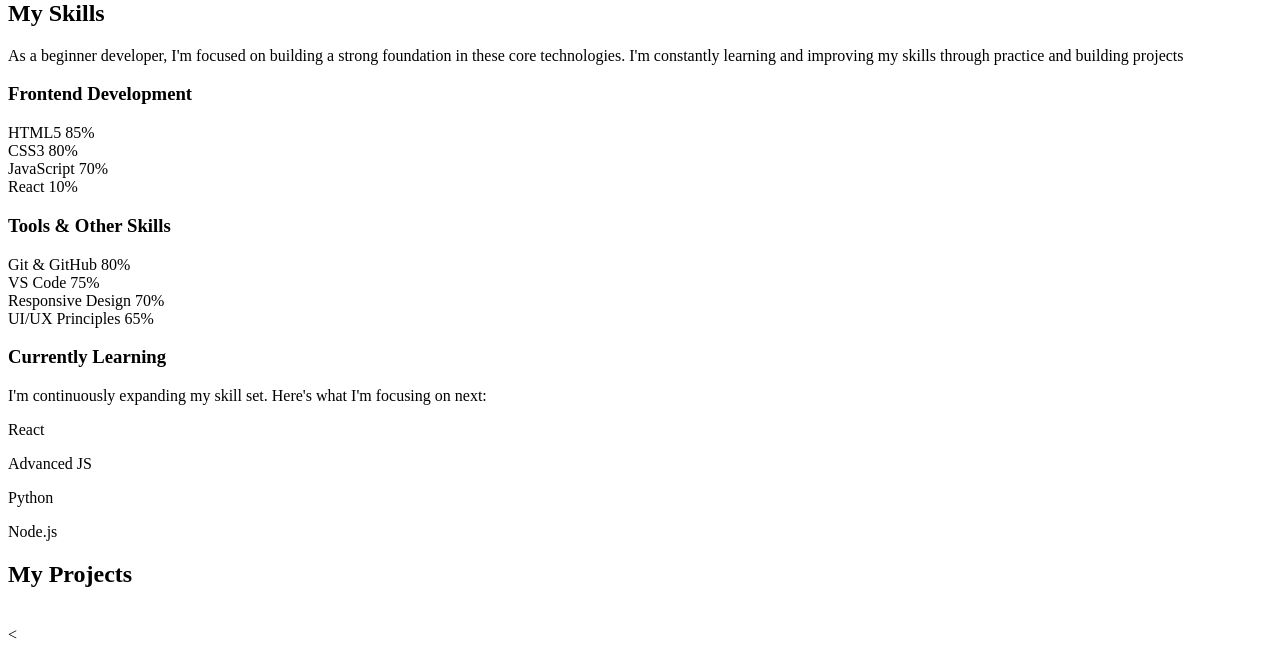
Repository: andajonas/ANDJON25111_fto2505_A_Anda-Jonas_CDV05
Page: index.html
The author's editor kept a copy of each file at every save. The page is drawn from the files as they stood at one save, then again after the next save.
The browser window is 1280 px wide. The pictures show the part of the page from y = 557 to 1320 px (the page is 1209 px tall before and 1320 px after).
A picture or video elsewhere on the page could not be fetched, so the positions and the page height are approximate.

Above is the page before, as saved 2025-09-19 17:38:29.

### index.html
<!DOCTYPE html>
<html lang="en">
<head>
    <meta charset="UTF-8">
    <meta name="viewport" content="width=device-width, initial-scale=1.0">
    <title>Anda Jonas| Developer Portfolio </title>

</head>
<body>
    <!-- Header and Navigation -->
     <header>
        <div class="container">
            <nav>
                <a href="#" class="logo">Beginner Software <span>Developer</span></a>
                <ul class="nav-links">
                    <li><a href="#home">Home</a></li>
                    <li><a href="#skills">Skills</a></li>
                    <li><a href="#projects">Projects</a></li>
                    <li><a href="#contact">Contact</a></li>
                </ul>
            </nav>
        </div>
    </header>

    <!-- Hero Section -->
     <section id="home" class="hero">
        <div class="container">
            <div class="hero-content">
                <div class="hero-text">
                    <h1>Hello, I'm Anda Jonas.<span> A beginner Software Developer.</span></h1>
                    <p>I'm passionate about learning software development and building solutions that make a difference. Currently expanding my skills in web development and programming fundamentals.</p>
                    <div class="hero-btns">
                        <a href="#projects" class="btn">View My Projects</a>
                        <a href="#contact" class="btn btn-outline">Contact Me</a>
                    </div>
                </div>
                <div class="hero-image">
                    <img src="profile.jpg" alt="Anda Jonas">
                    </div>
            </div>
        </div>
     </section>

     <!-- Skills Section -->
      <section id="skills" class="skills">
        <div class="container">
            <h2 class="section-title">My Skills</h2>
            <p>As a beginner developer, I'm focused on building a strong foundation in these core technologies. I'm constantly learning and improving my skills through practice and building projects</p>
            <div class="skills-container">
                <div class="skill-category">
                    <h3><i class="fas fa-code"></i> Frontend Development</h3>
                    <div class="skill-item">
                        <div class="skill-header">
                            <span class="skill-name">HTML5</span>
                            <span class="skill-level">85%</span>
                        </div>
                        <div class="skill-bar">
                            <div class="skill-progress" style="width: 85%"></div>
                        </div>
                    </div>
                    <div class="skill-item">
                        <div class="skill-header">
                            <span class="skill-name">CSS3</span>
                            <span class="skill-level">80%</span>
                        </div>
                        <div class="skill-bar">
                            <div class="skill-progress" style="width: 80%"></div>
                        </div>
                    </div>
                    <div class="skill-item">
                        <div class="skill-header">
                            <span class="skill-name">JavaScript</span>
                            <span class="skill-level">70%</span>
                        </div>
                        <div class="skill-bar">
                            <div class="skill-progress" style="width: 70%"></div>
                        </div>
                    </div>
                    <div class="skill-item">
                        <div class="skill-header">
                            <span class="skill-name">React</span>
                            <span class="skill-level">10%</span>
                        </div>
                        <div class="skill-bar">
                            <div class="skill-progress" style="width: 10%"></div>
                        </div>
                    </div>
                </div>

                <div class="skill-category">
                    <h3><i class="fas fa-tools"></i> Tools & Other Skills</h3>
                    <div class="skill-item">
                        <div class="skill-header">
                            <span class="skill-name">Git & GitHub</span>
                            <span class="skill-level">80%</span>
                        </div>
                        <div class="skill-bar">
                            <div class="skill-progress" style="width: 80%"></div>
                        </div>
                    </div>
                    <div class="skill-item">
                        <div class="skill-header">
                            <span class="skill-name">VS Code</span>
                            <span class="skill-level">75%</span>
                        </div>
                        <div class="skill-bar">
                            <div class="skill-progress" style="width: 75%"></div>
                        </div>
                    </div>
                    <div class="skill-item">
                        <div class="skill-header">
                            <span class="skill-name">Responsive Design</span>
                            <span class="skill-level">70%</span>
                        </div>
                        <div class="skill-bar">
                            <div class="skill-progress" style="width: 70%"></div>
                        </div>
                    </div>
                    <div class="skill-item">
                        <div class="skill-header">
                            <span class="skill-name">UI/UX Principles</span>
                            <span class="skill-level">65%</span>
                        </div>
                        <div class="skill-bar">
                            <div class="skill-progress" style="width: 65%"></div>
                         <div>
                            <div>
                            </div>
                         </div>

                         <div class="learning-path">
                            <h3>Currently Learning</h3>
                            <p>I'm continuously expanding my skill set. Here's what I'm focusing on next:</p>
                            <div class="path-items">
                                <div class="path-item">
                                    <i class="fab fa-react"></i>
                                    <p>React</p>
                                </div>
                                <div class="path-item">
                                    <i class="fab fa-js-square"></i>
                                    <p>Advanced JS</p>
                                </div>
                                <div class="path-item">
                                    <i class="fas fa-database"></i>
                                    <p>Python</p>
                                </div>
                                <div class="path-item">
                                    <i class="fab fa-node-js"></i>
                                    <p>Node.js</p>
                                </div>
                            </div>
                        </div>
                         </div>
                        </section>

<!-- Projects Section -->
<section id="projects" class="projects">
    <div class="container">
        <h2 class="section-title">My Projects</h2>
        <div class="projects-container">
            <div class="project">
                <div class="project-image">
                    <img src="" alt="">
                </div>
                <div class="project-info">
                    <
                </div>

After the next save:
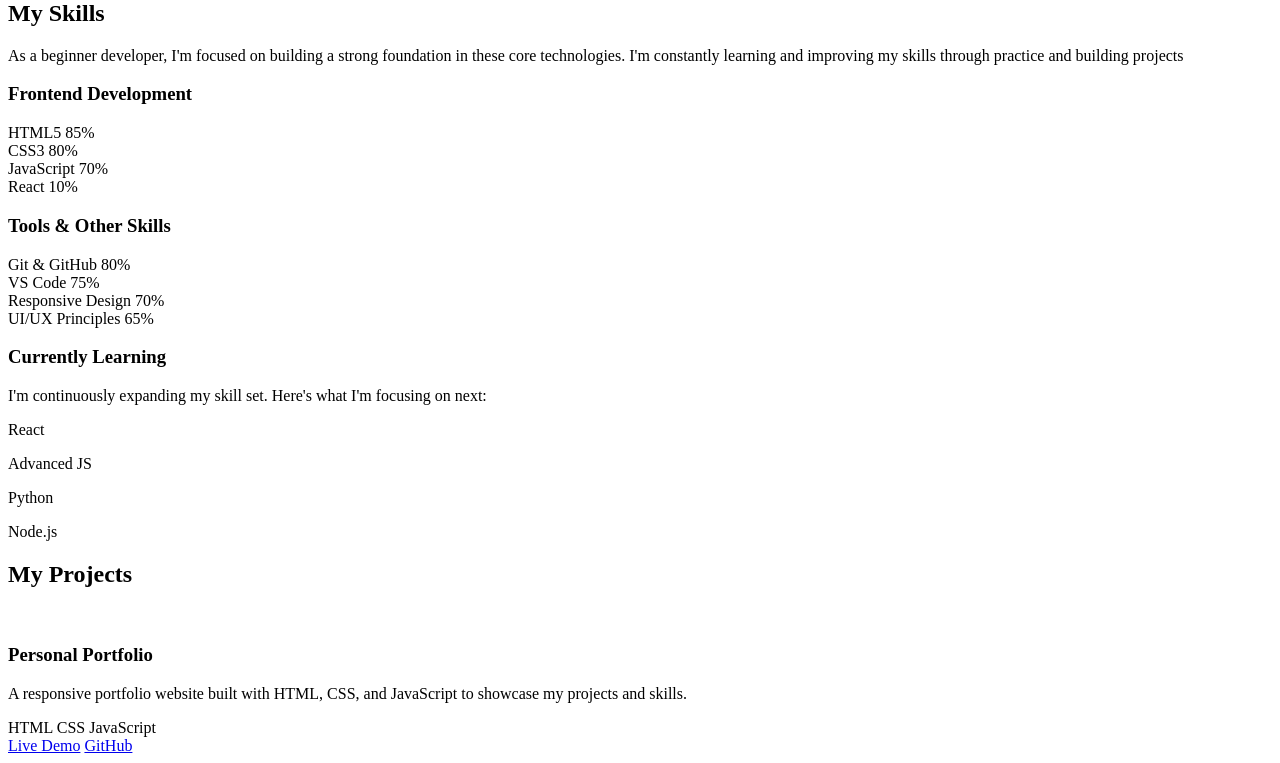
Saved 22 s later.
--- a/index.html
+++ b/index.html
@@ -163,5 +163,16 @@
                     <img src="" alt="">
                 </div>
                 <div class="project-info">
-                    <
+                    <h3>Personal Portfolio</h3>
+                    <p>A responsive portfolio website built with HTML, CSS, and JavaScript to showcase my projects and skills.</p>
+                    <div class="project-tags">
+                        <span>HTML</span>
+                        <span>CSS</span>
+                        <span>JavaScript</span>
+                    </div>
+                    <div class="project-links">
+                        <a href="#" class="btn">Live Demo</a>
+                        <a href="#" class="btn btn-outline">GitHub</a>
+                    </div>
                 </div>
+                </div>
